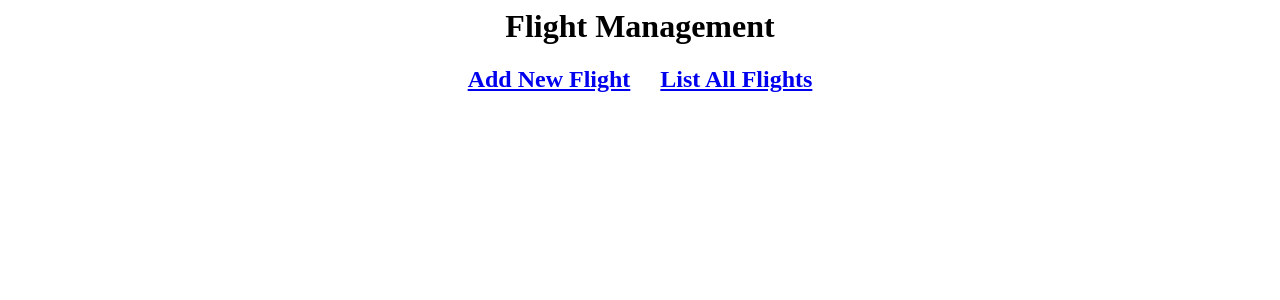
Repository: pawankas/Java_Mini_Project
Page: http://localhost/AirReservation/Home.jsp
An editor plug-in stored every save of this project. The page is shown before and after the next save, followed by the edit.
The browser window is 1280 px wide. The pictures show the whole page.
The page is served by Tomcat 9. Other server files are loaded and not shown.

Above is the page before, as saved 2022-03-13 16:16:43.

### final/AirReservation/WebContent/Home.jsp
<%@ page language="java" contentType="text/html; charset=UTF-8"
    pageEncoding="UTF-8"%>
<%@ taglib uri="http://java.sun.com/jsp/jstl/core" prefix="c" %>
<html>
<head>
    <title>Flight Reservation System</title>
</head>
<body>
    <center>
        <h1>Flight Management</h1>
        <h2>
            <a href="/new">Add New Flight</a>
            &nbsp;&nbsp;&nbsp;
            <a href="/list">List All Flights</a>

        </h2>
    </center>

</body>
</html>

After the next save:
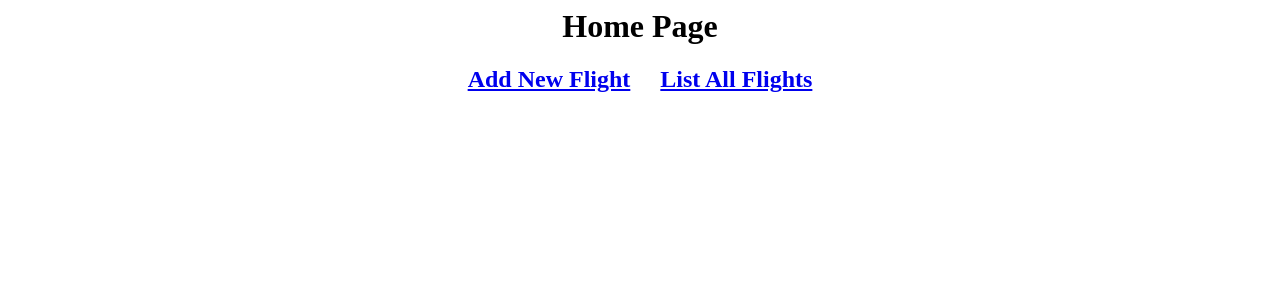
Saved 10 s later.
--- a/final/AirReservation/WebContent/Home.jsp
+++ b/final/AirReservation/WebContent/Home.jsp
@@ -7,7 +7,7 @@
 </head>
 <body>
     <center>
-        <h1>Flight Management</h1>
+        <h1>Home Page</h1>
         <h2>
             <a href="/new">Add New Flight</a>
             &nbsp;&nbsp;&nbsp;
